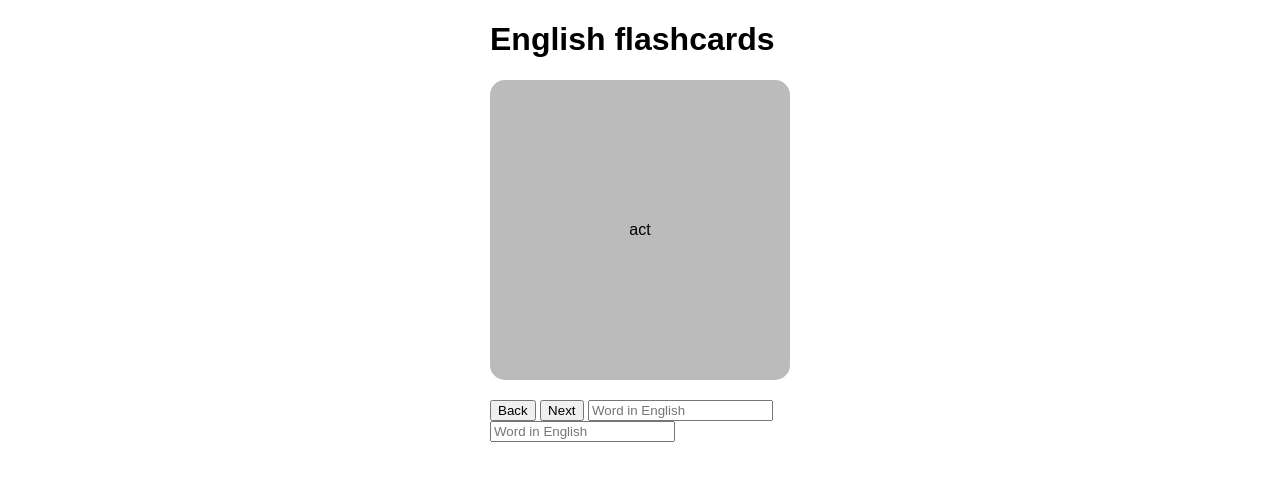
Repository: AdrianGizycki/English-Flashcards
Page: index.html
An editor plug-in stored every save of this project. The page is shown before and after a run of saves, followed by the edit.
The browser window is 1280 px wide. The pictures show the whole page.

Above is the page before, as saved 2019-09-15 15:29:30.

### index.html
<!DOCTYPE html>
<html lang="en">
<head>
    <meta charset="UTF-8">
    <meta name="viewport" content="width=device-width, initial-scale=1.0">
    <meta http-equiv="X-UA-Compatible" content="ie=edge">
    <link rel="stylesheet" type="text/css" href="style.css">
    <title>English Flashcards</title>
</head>
<body>
    <div class="mainDiv">
        <div>
            <h1> English flashcards</h1>
            <div class="flip-card">
                <div class="flip-card-inner" id="rot">
                    <div class="flip-card-front">
                        <div class="divContents1"></div>
                    </div>
                    <div class="flip-card-back">
                        <div class="divContents2"></div>
                    </div>
                </div>
                <button class="btn1">Back</button>
                <button class="btn2">Next</button>

                <input type="text" placeholder="Word in English">
                <input type="text" placeholder="Word in English">
            </div>
    </div>
    </div>

    <script src="app.js" type="text/javascript"></script>
</body>
</html>

### style.css
body {
    font-family: Arial, Helvetica, sans-serif;
    height: 100%;
    padding: 0;
    margin: 0;
    box-sizing: border-box;
  }
  .mainDiv {
    height: 100%;
    width: auto;
    display: flex;
    justify-content: center;
    justify-items: center;
  }

  .flip-card {
    background-color: transparent;
    width: 300px;
    height: 300px;
    perspective: 1000px;
    border-radius: 5%;

  }

  .flip-card-inner {
    position: relative;
    width: 100%;
    height: 100%;
    text-align: center;
    transition: transform 1s;
    transform-style: preserve-3d;
    /* box-shadow: 0 4px 8px 0 rgba(0, 0, 0, 0.5); */
  }

  .flip-card:hover .flip-card-inner {
    transform: rotateY(180deg);
  }

  .flip-card-front,
  .flip-card-back {
    position: absolute;
    width: 100%;
    height: 100%;
    backface-visibility: hidden;
    display: flex;
    align-items: center;
    justify-content: center;
  }

  .flip-card-front {
    background-color: #bbb;
    color: black;
    border-radius: 5%;
  }

  .flip-card-back {
    background-color: #2980b9;
    color: white;
    transform: rotateY(180deg);
    border-radius: 5%;
  }

  .btn1,
  .btn2,
  .btn3 {
      margin-top: 20px;
  }

### app.js
const englishWords = ['above', 'across', 'act',]
const polishWords = ['powyżej / nad / u góry', 'przez coś', 'akt / czyn / działanie']
if (englishWords !== polishWords) {
    console.log('ok')
} else {
    console.log('not ok')
}
// const englishWords = ['above', 'across', 'act', 'ahead', 'along',]
//  'among', 'amount', 'any', 'anyone', 'appear', 'approach', 'arms', 'around', 'art', 'as', 'attack', 'attempt', 'august', 'autumn', 'away', 'base', 'bear', 'become', 'began', 'beginning', 'behind', 'believe', 'belong', 'below', 'beyound', 'bill', 'bit', 'block', 'blood', 'blow', 'board', 'bottom', 'branch', 'break', 'bridge', 'bright', 'building', 'burn', 'capital', 'carry', 'case', 'cause', 'central', 'centre', 'century', 'certain', 'certainly', 'claim', 'coat', 'common', 'complete', 'concern', 'conditio', 'consider', 'continue', 'control', 'corner', 'count'];
// const polishWords = ['powyżej / nad / u góry', 'przez coś', 'akt / czyn / działanie', 'przed', 'wzdłuż', 'między / pośród', 'ilość', 'jakikolwiek', 'nikt', 'pojawić się', 'podejście', 'herb / uzbrojony', 'wokół / dookoła / w pobliżu', 'sztuka', 'jako/ tak jak', 'atak', 'próba', 'sierpień', 'jesień', 'od /daleko / z dala / z daleka', 'podstawa', 'niedźwiedź', 'zostać', 'rozpoczął', 'początek', 'za / z tyłu', 'wierzyć', 'należeć', 'poniżej', 'poza', 'za (czymś)', 'po drugiej stronie (czegoś)', 'dalej', 'projekt ustawy', 'rachunek', 'kawałek', 'klocek', 'krew', 'cios / dmuchać / wiać', 'deska', 'dolny', 'oddział / gałąź / rozgałęzienie', 'most', 'jasny', 'budynek', 'oparzenie', 'stolica', 'nieść', 'przypadek / walizka', 'przyczyna / powód', 'centralny / środkowy', 'środek', 'wiek', 'pewny', 'rzeczywiście / z pewnością / na pewno', 'roszczenie', 'sierść / powlekać / płaszcz / okrywać cienką warstwą', 'pospolity', 'cały / całkowity / pełny', 'troska', 'warunek', 'rozważać', 'kontynuować', 'kontrola', 'róg / narożnik', 'liczba / liczyć się']
const divContents1 = document.querySelector(".divContents1");
const divContents2 = document.querySelector(".divContents2");
const btnBeck = document.querySelector(".btn1");
const btnNext = document.querySelector(".btn2");
const btnToggle = document.querySelector(".btn3");
const visCard = document.querySelector(".flip-card-front");
const unvisCard = document.querySelector(".flip-card-back");
const flipCard = document.querySelector('#rot');
const max = englishWords.length;
const min = 0


var counter = Math.floor(Math.random() * (max - min)) + min;
console.log(counter);
divContents1.innerText = englishWords[counter];
divContents2.innerText = polishWords[counter];


btnNext.addEventListener('click', function(){
    if (counter === max - 1) {
        counter = -1;
    }
    counter++;
  divContents1.innerText = englishWords[counter];
  divContents2.innerText = polishWords[counter];
  console.log(counter);

});

btnBeck.addEventListener('click', function(){
  counter--;
  if (counter === -1) {
    counter = max - 1;
  }
  divContents1.innerText = englishWords[counter];
  divContents2.innerText = polishWords[counter];
  console.log(counter);

});

// flipCard.addEventListener('click', () => {
//     console.log("test");
//     flipCard.
// });

After the next 6 saves:
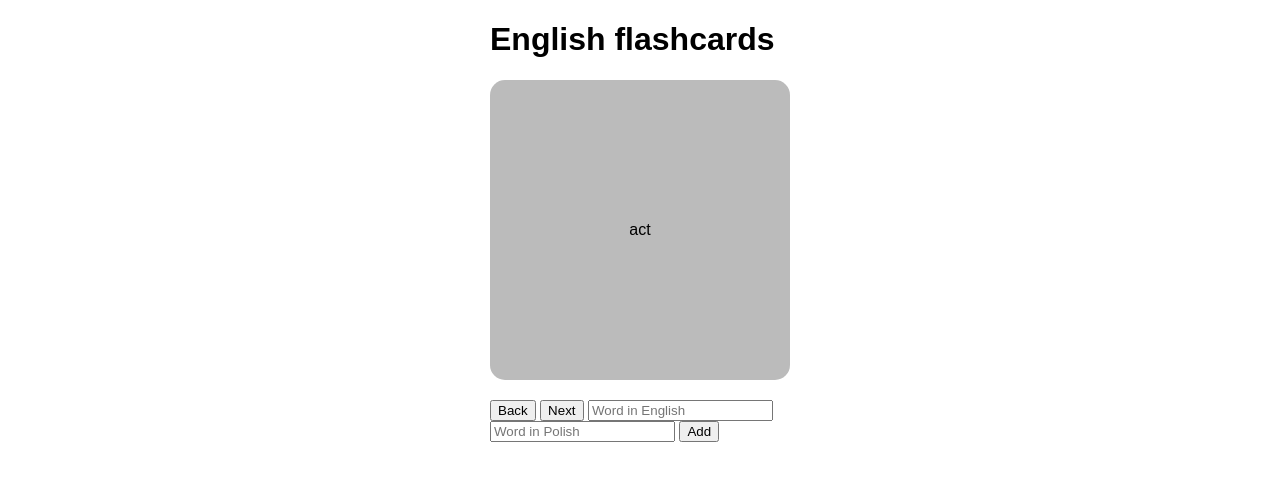
The 6 saves are shown as one change because they came seconds apart.
The last was saved 18 s later.
--- a/index.html
+++ b/index.html
@@ -24,7 +24,8 @@
                 <button class="btn2">Next</button>
 
                 <input type="text" placeholder="Word in English">
-                <input type="text" placeholder="Word in English">
+                <input type="text" placeholder="Word in Polish">
+                <button>Add</button>
             </div>
     </div>
     </div>
